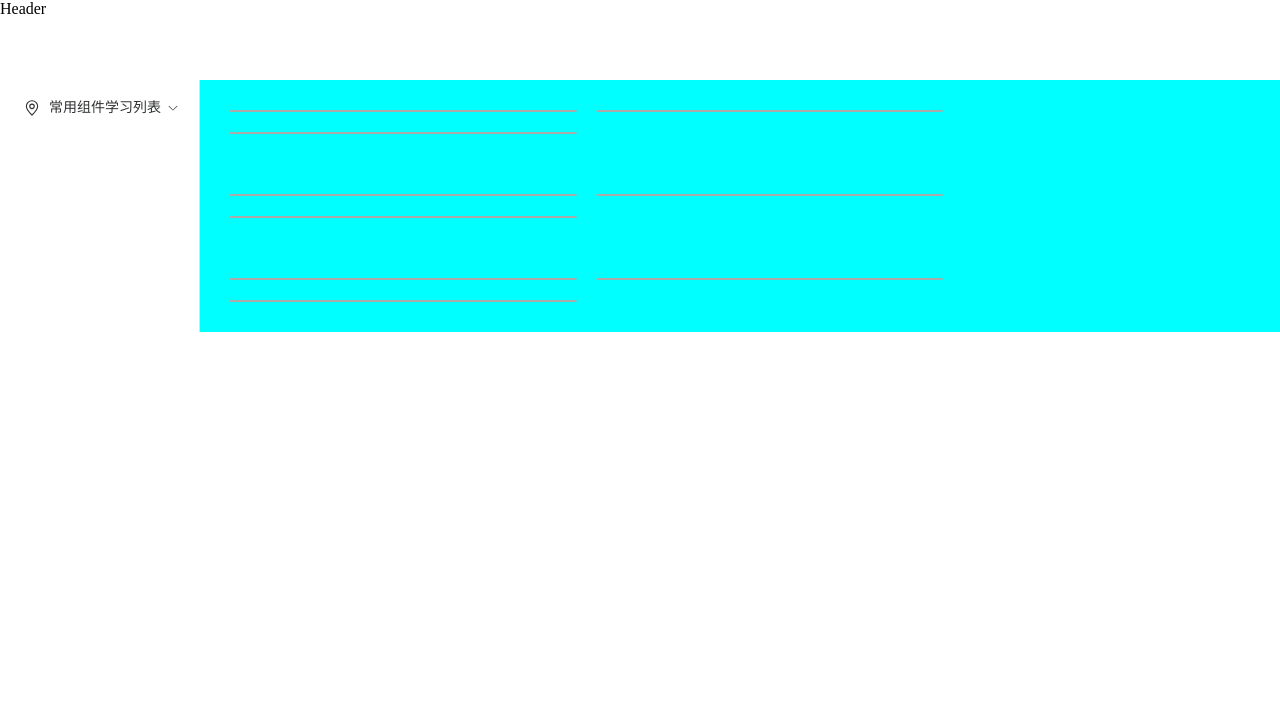
Repository: 553559555/vue3-project
Page: /#/index (app in vue3-app/)
The author's editor kept a copy of each file at every save. The page is drawn from the files as they stood at one save, then again after the next save.
The browser window is 1280 px wide. The pictures show the whole page.
The project was rebuilt for these pictures with package versions that can differ from the ones it lists, and the page was loaded fresh each time. Also part of the build but not shown: vue3-app/vite.config.ts.

Above is the page before, as saved 2025-03-24 10:53:17.

### vue3-app/src/main.ts
import { createApp } from 'vue'
import ElementPlus from 'element-plus'
import 'element-plus/dist/index.css'
import router from './router'
import pinia from './stores'
import './style.css'
import App from './App.vue'

const app = createApp(App)
app.use(ElementPlus)
app.use(router)
app.use(pinia)

app.mount('#app')

### vue3-app/src/router/index.ts
import { createRouter, createWebHashHistory, createWebHistory } from 'vue-router'
import type { RouteRecordRaw } from 'vue-router'

const routes: Array<RouteRecordRaw> = [
  {
    path: '/',
    name: 'Login',
    component: () => import('../views/login.vue')
  },
  {
    path: '/index',
    name: 'index',
    component: () => import('../views/index.vue'),
    children: [
      {
        path: '',
        name: 'Home',
        component: () => import('../views/Home.vue')
      },
      {
        path: '/about',
        name: 'About',
        component: () => import('../views/About.vue')
      }
    ]
  }

]

const router = createRouter({
  history: createWebHashHistory(),
  routes
})

export default router

### vue3-app/src/stores/index.ts
import { createPinia } from 'pinia'

const pinia = createPinia()

export default pinia

### vue3-app/src/style.css
/* CSS 重置 */
* {
  margin: 0;
  padding: 0;
  box-sizing: border-box;
}

### vue3-app/src/App.vue
<script setup lang="ts">
import { RouterView } from 'vue-router'
</script>

<template>
    <router-view />
</template>

### vue3-app/src/views/index.vue
<template>
    <div>
        <el-header>Header</el-header>
        <el-container>
            <el-aside width="200px">
                <home-left />
            </el-aside>
            <el-main>
                <router-view>
                </router-view>
            </el-main>
        </el-container>
    </div>
</template>

<script setup>

import { RouterView } from 'vue-router'
import HomeLeft from './components/home-left.vue'

</script>



<style scoped lang="scss">
div {
    width: 100vw;
    height: 100vh;
    box-sizing: border-box;

    .el-header {
        height: 80px;
        padding: 0;
    }

    .el-main {
        margin: 0px;
        padding: 0px;
        width: 100%;
        height: 100%;
    }
}
</style>

### vue3-app/src/views/Home.vue
<template>
  <div class="home-container">
    <el-row class="row" :span="8">
      <el-col :span="8">
        <div class="grid-content ep-bg-purple-dark" />
      </el-col>
      <el-col :span="8">
        <div class="grid-content ep-bg-purple-dark" />
      </el-col>
      <el-col :span="8">
        <div class="grid-content ep-bg-purple-dark" />
      </el-col>
    </el-row>

    <el-row class="row" :span="8">
      <el-col :span="8">
        <div class="grid-content ep-bg-purple-dark" />
      </el-col>
      <el-col :span="8">
        <div class="grid-content ep-bg-purple-dark" />
      </el-col>
      <el-col :span="8">
        <div class="grid-content ep-bg-purple-dark" />
      </el-col>
    </el-row>

    <el-row class="row" :span="8">
      <el-col :span="8">
        <div class="grid-content ep-bg-purple-dark" />
      </el-col>
      <el-col :span="8">
        <div class="grid-content ep-bg-purple-dark" />
      </el-col>
      <el-col :span="8">
        <div class="grid-content ep-bg-purple-dark" />
      </el-col>
    </el-row>

  </div>
</template>

<script lang="ts" setup>

</script>

<style scoped lang="scss">
.home-container {
  width: 100%;
  height: 100%;
  background-color: aqua;

  .row {
    padding: 20px;

    .el-col {
      margin: 10px;
      border: solid 1px #aaa;
    }
  }
}
</style>

### vue3-app/src/views/components/home-left.vue
<template>
    <div class="home-left-container">
        <el-menu default-active="2" class="el-menu-vertical-demo" @open="handleOpen" @close="handleClose"
            @select="handleSelect">
            <el-sub-menu v-for="(items, index) in listData" :index="items.name" :key="index">
                <template #title>
                    <el-icon>
                        <location />
                    </el-icon>
                    <span>{{ items.name }}</span>
                </template>
                <el-menu-item v-for="(item, index) in items.children" :index="item.name" :key="index">
                    <el-icon>
                        <location />
                    </el-icon>
                    <span>{{ item.name }}</span>
                </el-menu-item>
            </el-sub-menu>
        </el-menu>
    </div>
</template>

<script setup>
import { Location } from "@element-plus/icons-vue";

import { reactive, ref } from "vue";
const listData = reactive([
    {
        name: "常用组件学习列表",
        children: [
            {
                name: 'button'
            },
            {
                name: 'input'
            }
        ],
    },
]);
const isCollapse = ref(true);
const handleOpen = (key, keyPath) => {
    console.log(key, keyPath);
};
const handleClose = (key, keyPath) => {
    console.log(key, keyPath);
};

const handleSelect = (key, keyPath) => {
    console.log(key, keyPath);
};
</script>

<style scoped lang="scss">
.home-left-container {
    height: 100%;
    width: 100%;
    background-color: #fff;

    .el-menu-vertical-demo:not(.el-menu--collapse) {
        width: 200px;
        min-height: 100%;
    }
}
</style>

Loaded but not shown: vue3-app/index.html (common file)

After the next save:
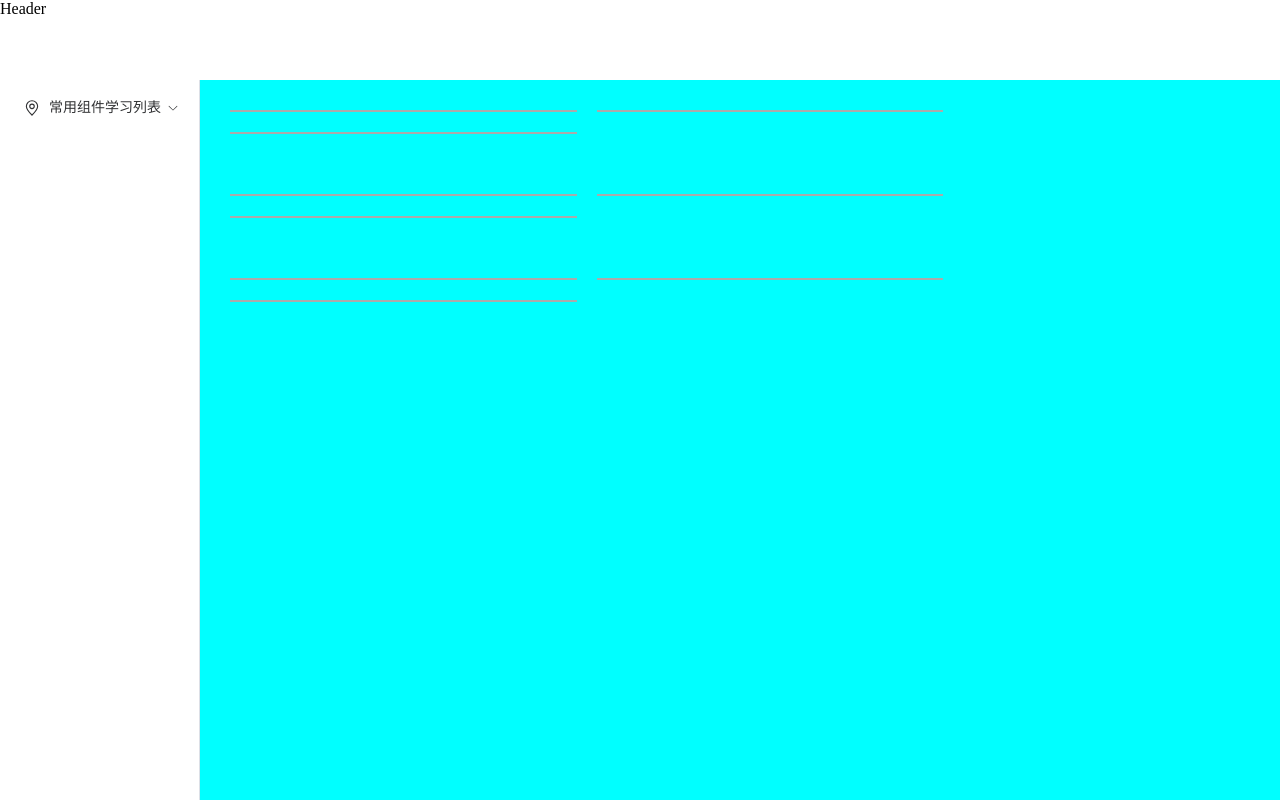
Saved 31 s later.
--- a/vue3-app/src/views/index.vue
+++ b/vue3-app/src/views/index.vue
@@ -33,6 +33,11 @@ div {
         padding: 0;
     }
 
+
+    .el-container {
+        height: 100%;
+    }
+
     .el-main {
         margin: 0px;
         padding: 0px;
